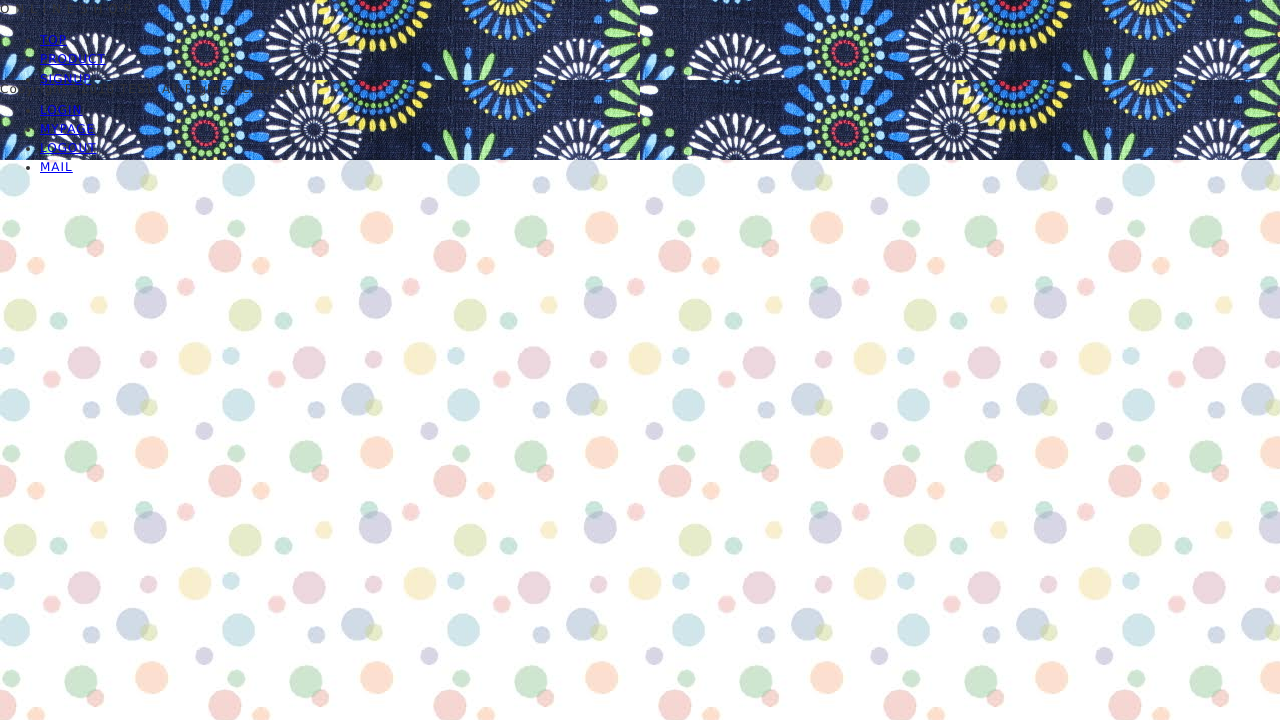
Repository: rt-1217/j2
Page: http://localhost/ecsite01/logout.jsp
These files come from the project's save history. The page is drawn as it stood at one moment and after the next save; the edit follows.
The browser window is 1280 px wide. The pictures show the whole page.
Some web fonts or font styles are not loaded; a fallback is used. The page is served by Tomcat 9.

Above is the page before, as saved 2018-05-30 02:14:12.

After the next save:
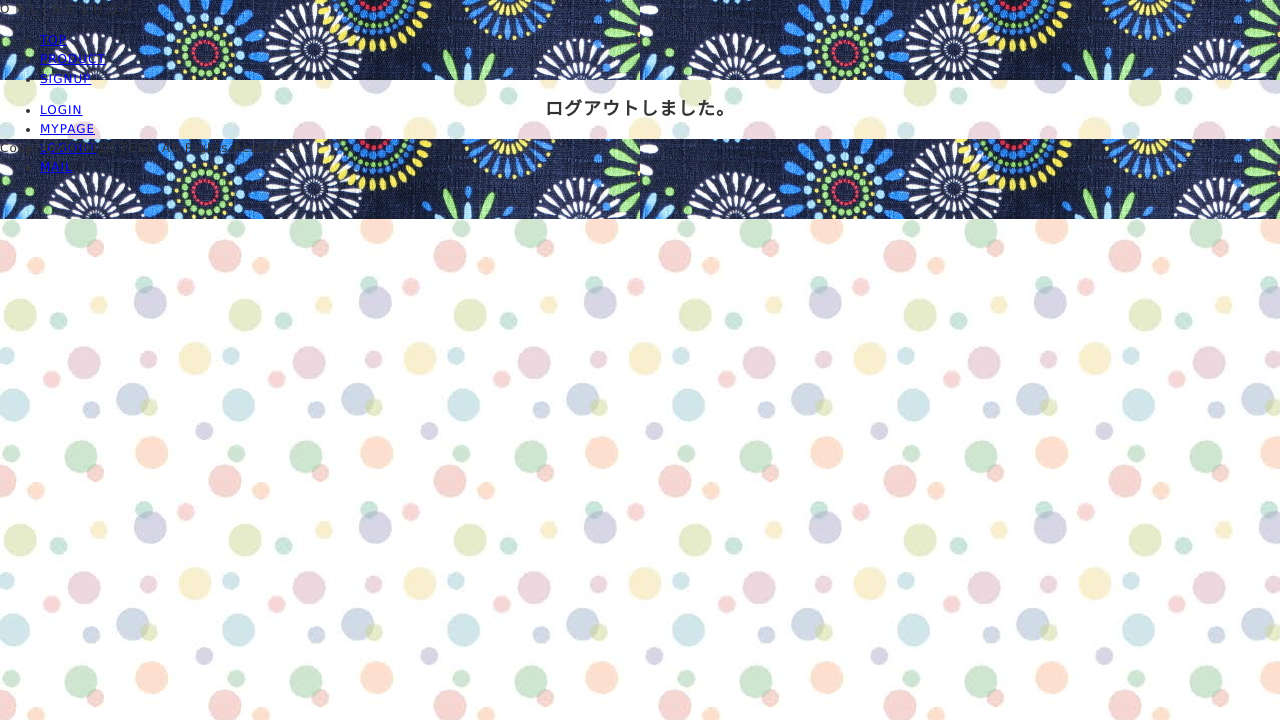
Saved 36 s later.
--- a/ecsite01/WebContent/logout.jsp
+++ b/ecsite01/WebContent/logout.jsp
@@ -23,6 +23,9 @@
 <body>
 <s:include value="header.jsp"/>
 
+<div id="main">
+<h2>ログアウトしました。</h2>
+</div>
 <s:include value="footer.jsp"/>
 </body>
 </html>
